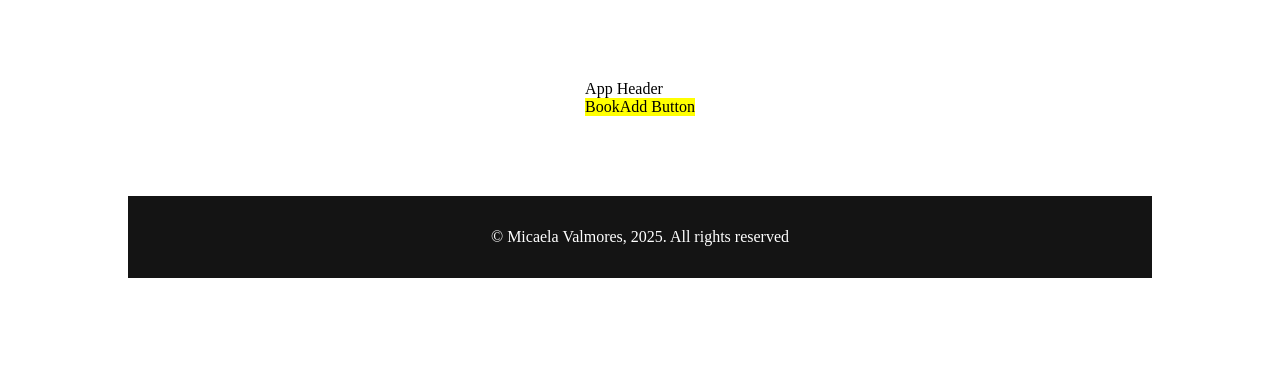
Repository: Micaelavalmores/COMP3170-Data-Fetching
Page: /
The author's editor kept a copy of each file at every save. The page is drawn from the files as they stood at one save, then again after a run of saves.
The browser window is 1280 px wide. The pictures show the whole page.
The project was rebuilt for these pictures with package versions that can differ from the ones it lists, and the page was loaded fresh each time. Also part of the build but not shown: vite.config.js.

Above is the page before, as saved 2025-09-22 17:56:28.

After the next 4 saves:
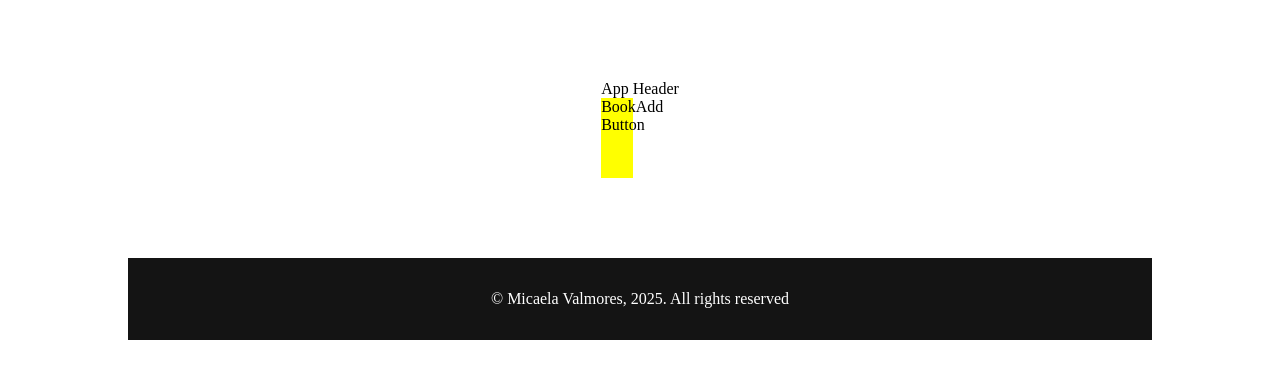
The 4 saves are shown as one change because they came seconds apart.
The last was saved 18 s later.
--- a/src/index.css
+++ b/src/index.css
@@ -28,7 +28,8 @@ body {
   }
 
   .mainContent {
-    padding: 0;
+    height: 5em;
+    width: 2em;
     background: yellow;
   }
 
